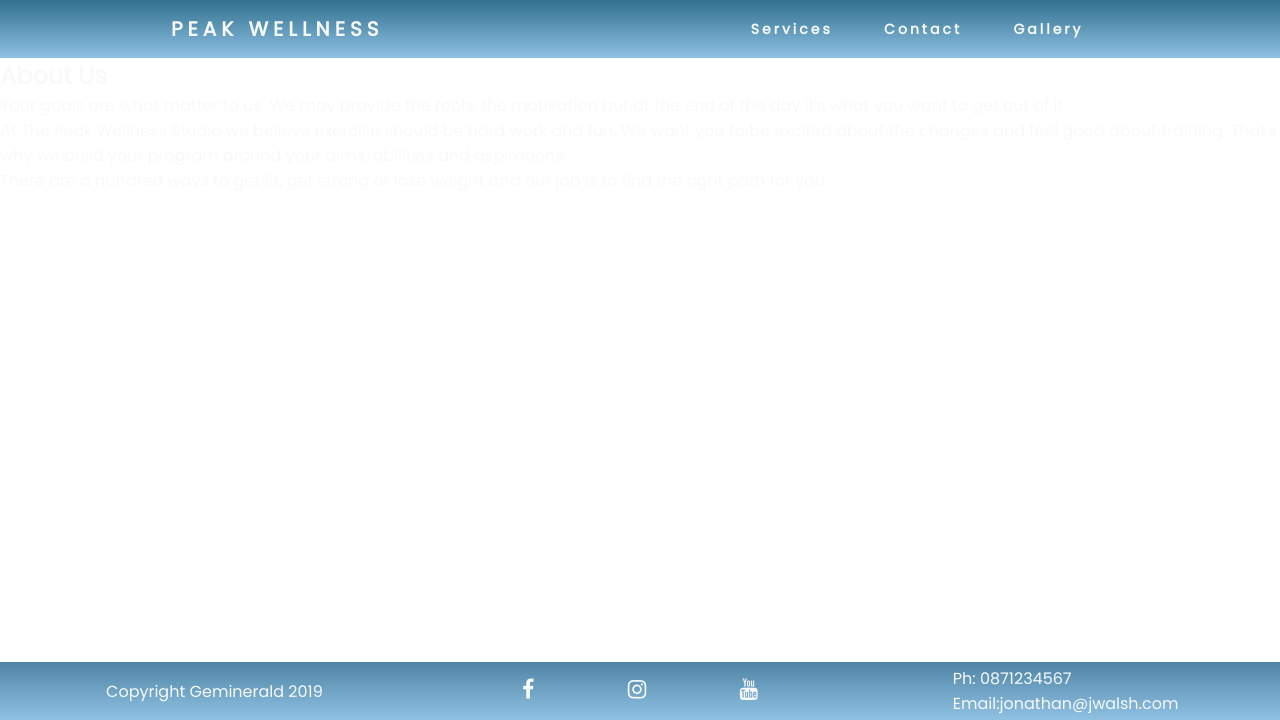
Repository: geminerald/peakwellness
Page: services.html
The author's editor kept a record of every edit. The page is drawn from the files as they stood at one moment, then again after the next edit.
The browser window is 1280 px wide. The pictures show the whole page.

Above is the page before.

After the next edit:
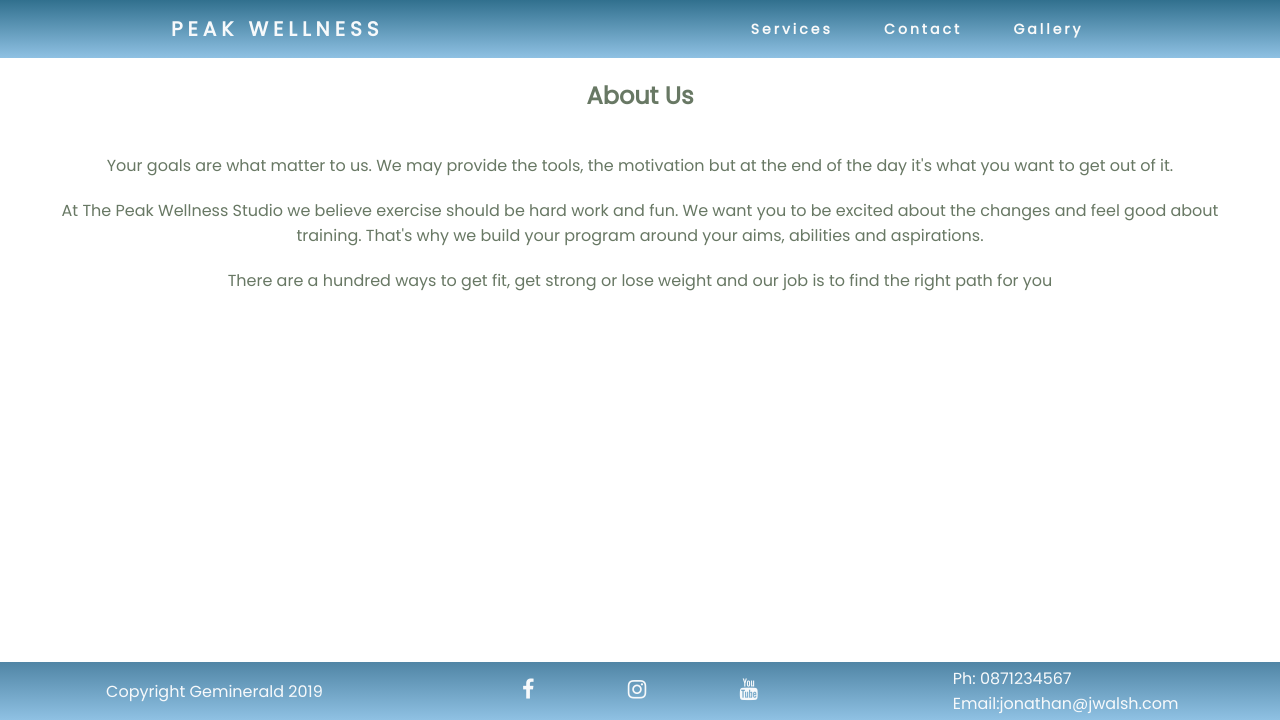
The edit:
--- a/services.html
+++ b/services.html
@@ -38,17 +38,18 @@
     </nav>
     <section>
         <div class="service-container">
-            <div>
-            <h1>About Us</h1>
-            <p>
-                Your goals are what matter to us. We may provide the tools, the motivation but at the end of the day it's what you want to get out of it.
-            </p>
-            <p>
-                At The Peak Wellness Studio we believe exercise should be hard work and fun. We want you to be excited about the changes and feel good about training. That's why we build your program around your aims, abilities and aspirations.
-            </p>
-            <p>
-                There are a hundred ways to get fit, get strong or lose weight and our job is to find the right path for you
-            </p>
+            <div class="about">
+                <h1>About Us</h1>
+                <p>
+                    Your goals are what matter to us. We may provide the tools, the motivation but at the end of the day it's what you want to get out of it.
+                </p>
+                <p>
+                    At The Peak Wellness Studio we believe exercise should be hard work and fun. We want you to be excited about the changes and feel good about training. That's why we build your program around your aims, abilities and aspirations.
+                </p>
+                <p>
+                    There are a hundred ways to get fit, get strong or lose weight and our job is to find the right path for you
+                </p>
+            </div>
         </div>
     </section>
     <footer>
